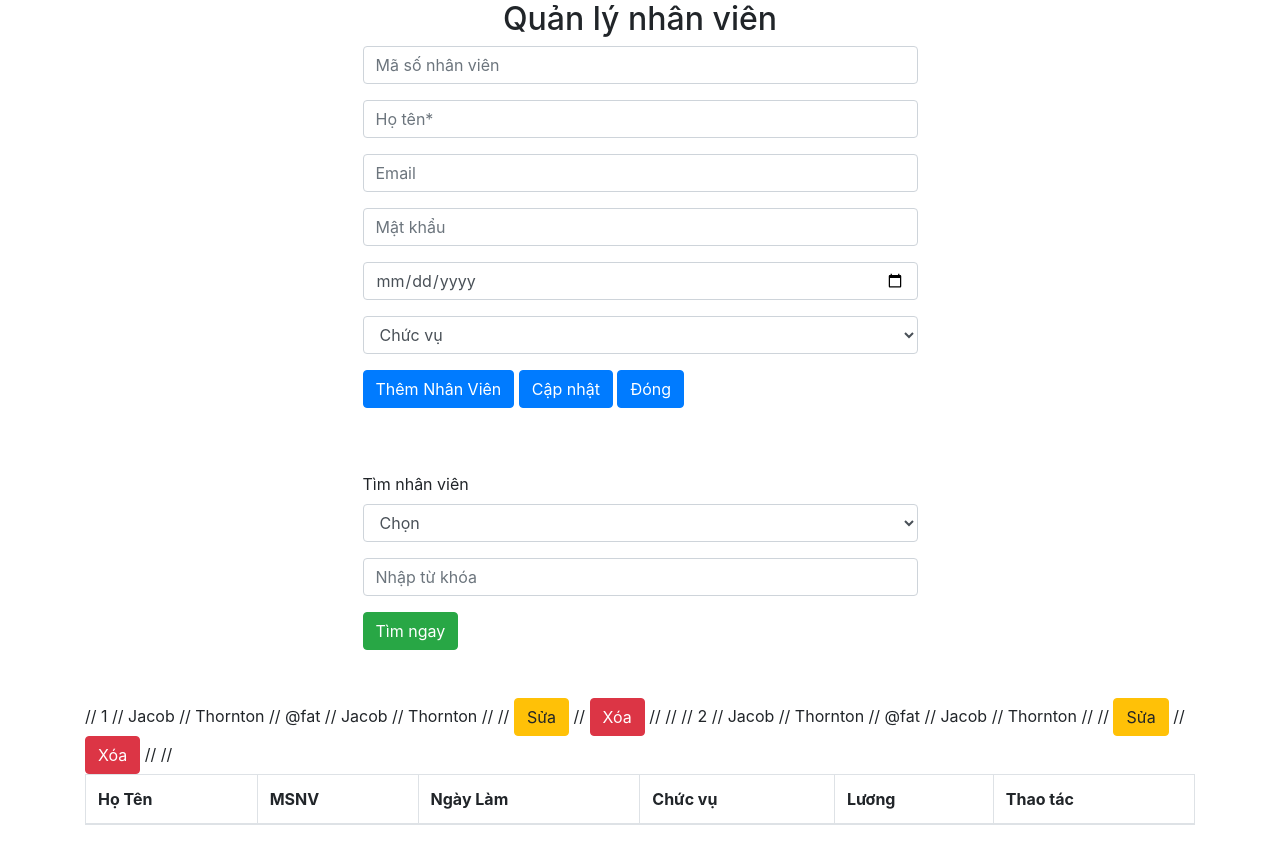
Repository: dovanthao2404/quanlynhanvien
Page: index.html
An editor plug-in stored every save of this project. The page is shown before and after the next save, followed by the edit.
The browser window is 1280 px wide. The pictures show the whole page.

Above is the page before, as saved 2021-06-30 00:47:59.

After the next save:
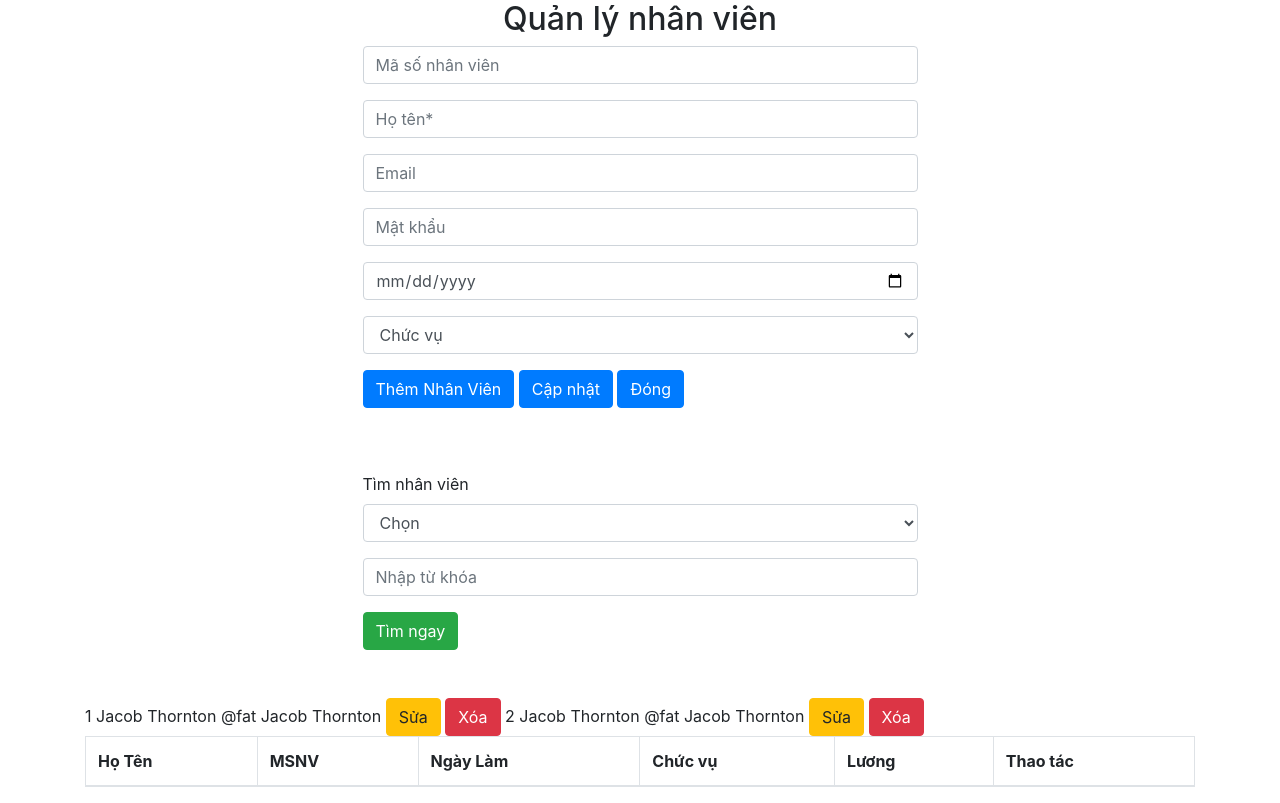
Saved 6 s later.
--- a/js/main.js
+++ b/js/main.js
@@ -68,17 +68,17 @@ function HienThiDanhSach(dsnv) {
   let soNV = dsnv.length;
   for (let i = 0; i < soNV; i++) {
     htmls += `<tr>
-    //       <th scope="row">${dsnv[i].maNV}</th>
-    //       <td>Jacob</td>
-    //       <td>Thornton</td>
-    //       <td>@fat</td>
-    //       <td>Jacob</td>
-    //       <td>Thornton</td>
-    //       <td>
-    //         <button class="btn btn-warning" id="sua">Sửa</button>
-    //         <button class="btn btn-danger" id="xoa">Xóa</button>
-    //       </td>
-    //     </tr>`
+          <th scope="row">${dsnv[i].maNV}</th>
+          <td>Jacob</td>
+          <td>Thornton</td>
+          <td>@fat</td>
+          <td>Jacob</td>
+          <td>Thornton</td>
+          <td>
+            <button class="btn btn-warning" id="sua">Sửa</button>
+            <button class="btn btn-danger" id="xoa">Xóa</button>
+          </td>
+        </tr>`
   }
   tbody.innerHTML = htmls;
 }
